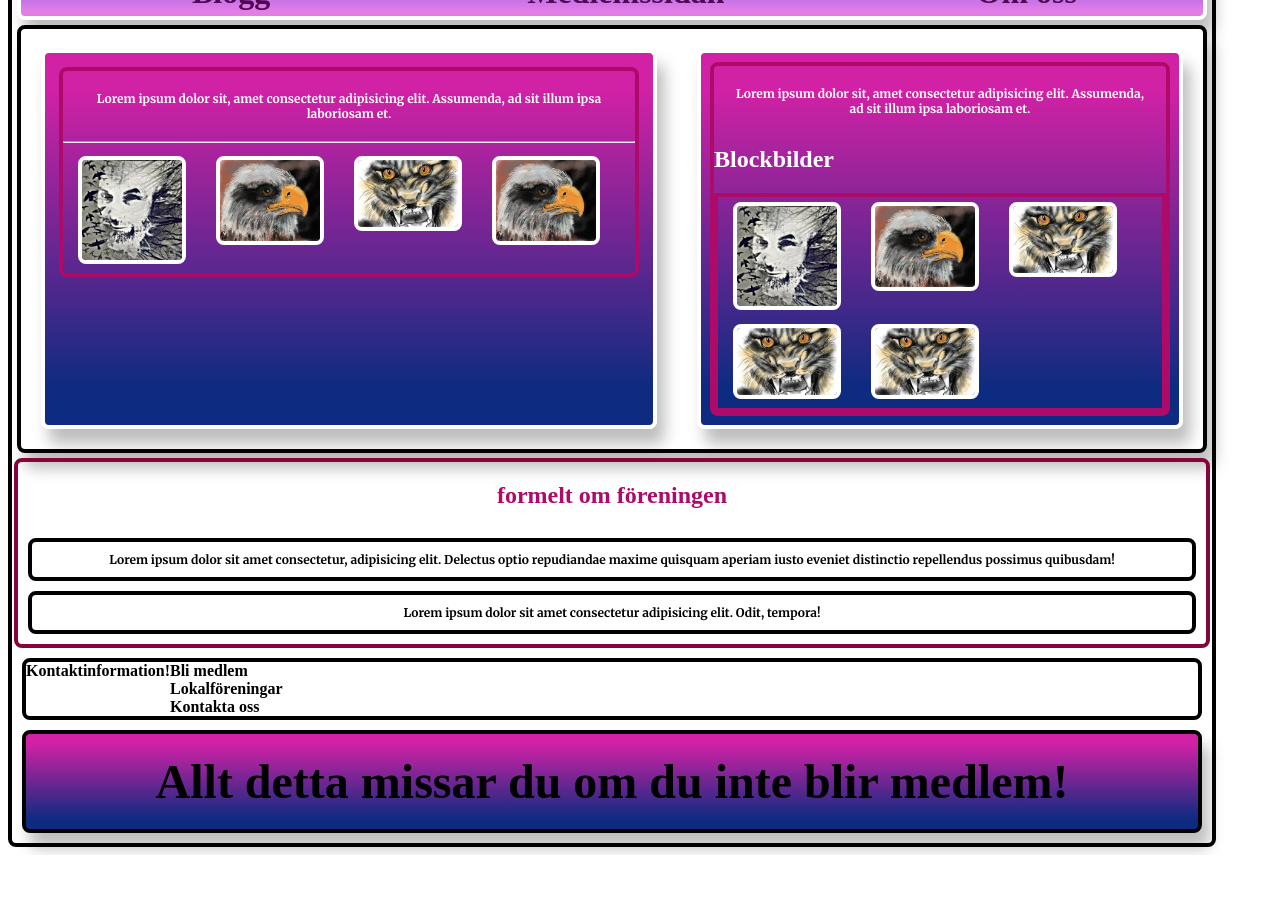
Repository: Webutveckling-20-21/lektion-3-CSS
Page: medlemssidan.html
An editor plug-in stored every save of this project. The page is shown before and after the next save, followed by the edit.
The browser window is 1280 px wide. The pictures show the part of the page from y = 117 to 1035 px (the page is 1035 px tall).
A picture or video elsewhere on the page could not be fetched, so the positions and the page height are approximate. Some web fonts or font styles are not loaded; a fallback is used.

Above is the page before, as saved 2021-10-07 14:28:10.

After the next save:
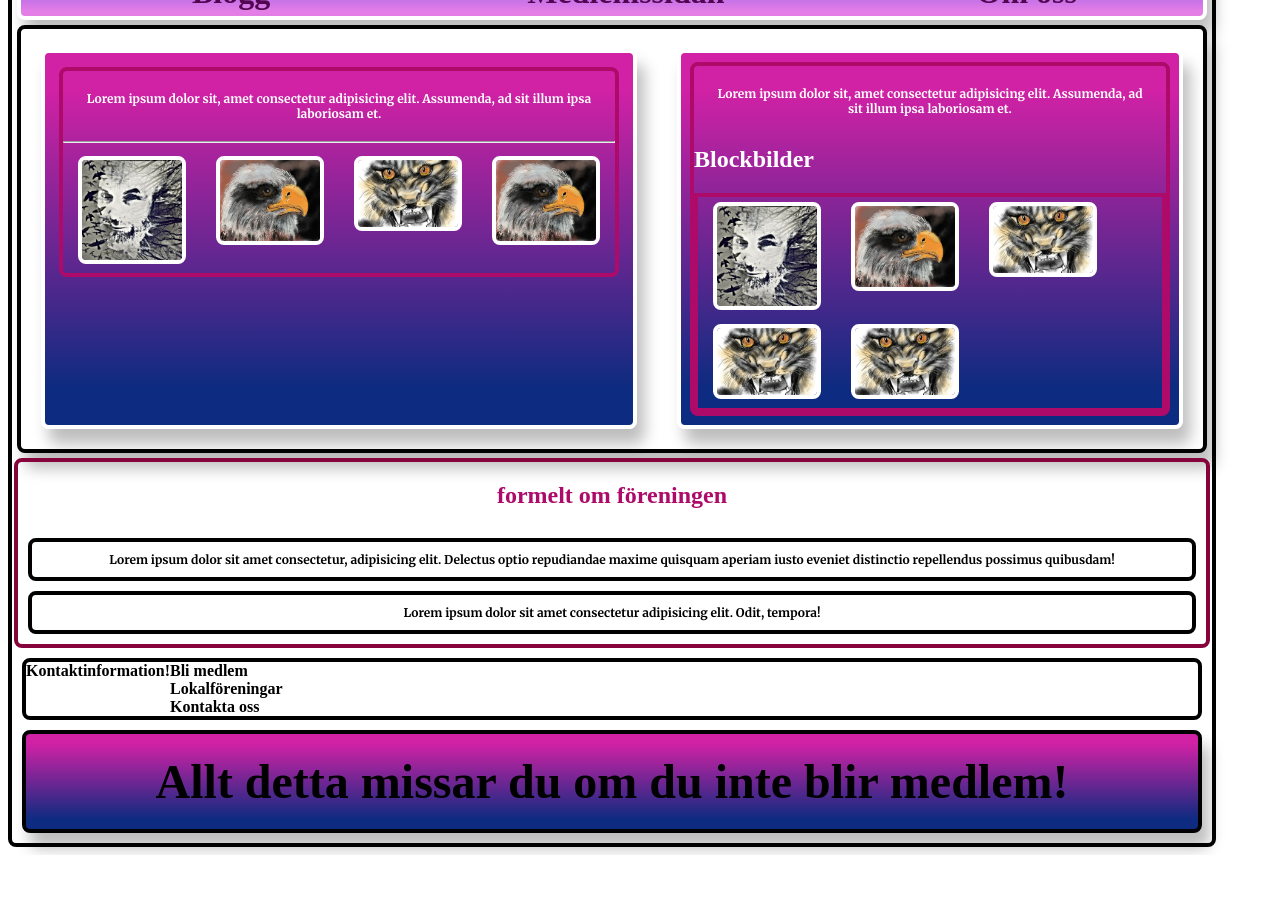
Saved 49 s later.
--- a/style4.css
+++ b/style4.css
@@ -169,9 +169,10 @@ a:hover {
 
 
 .gallery{
+    max-inline-size: 90%;
        display:inline-flex;
 
-       padding-right: 20px;;
+
 
 
 }
